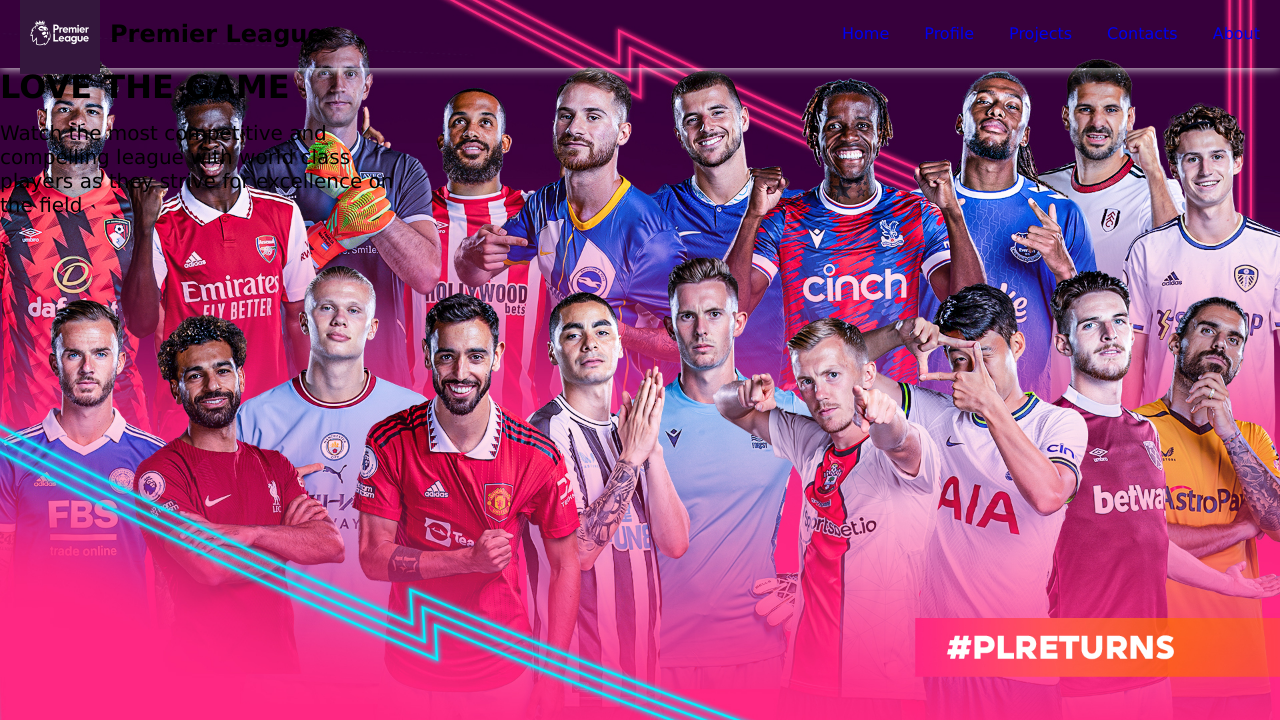
Repository: ogaziesam/simple-landing-page
Page: index.html
The author's editor kept a copy of each file at every save. The page is drawn from the files as they stood at one save, then again after a run of saves.
The browser window is 1280 px wide. The pictures show the whole page.

Above is the page before, as saved 2023-08-12 08:16:42.

### index.html
<!DOCTYPE html>
<html lang="en">
<head>
    <meta charset="UTF-8">
    <meta name="viewport" content="width=device-width, initial-scale=1.0">
    <title>Landing Page</title>
    <link rel="stylesheet" href="/resources/css/style.css"/>
</head>
<body>
    <nav>
        <div class="heading">
            <img src="/resources/images/premier-league-logo-64B77E2F2E-seeklogo.com.png"
            alt="Logo Image"/>
            <h2 class ="nav_heading">Premier League</h2>
        </div>
        <ul>
            <li><a href="Home">Home</a></li>
            <li><a href="Profile">Profile</a></li>
            <li><a href="Projects">Projects</a></li>
            <li><a href="Contacts">Contacts</a></li>
            <li><a href="About">About</a></li>
        </ul>
    </nav>
    <main>
        <div class="content">
            <h1>LOVE THE GAME</h1>
            <p class="description">
                Watch the most competitive and compelling league with world class players as they strive for excellence on the field
            </p>
        </div>
    </main>

</body>
</html>

### resources/css/style.css
* {
    padding: 0;
    margin: 0;
    font-family: Verdana, Geneva, Tahoma, sans-serif;
}

.logo {
    width:80px;
    height: 80px;
}

body {
    background-image: url(/resources/images/321105434_883868013027395_2576485099436938498_n.jpg);
    background-size: cover;
    background-repeat: no-repeat;
}

nav {
    display:flex;
    align-items: center;
    justify-content: space-between;
    padding: 5px 20px;
    height: 8vh;
    box-shadow: 0 0 10px white;
}

.heading {
    display: flex;
    align-items: center;
    gap: 10px;
}

ul {
    display: flex;
    align-items: center;
    gap: 35px;
}

li {
    list-style: none;
}

a {
    text-decoration: none;
    font-weight: 500;
}

a:hover {
    text-decoration: underline;
}

main {
    display: flex;
    align-items: center;
    justify-content:center:

}

.description {
    max-width: 400px;
    font-size: 20px;
    margin-top: 15px;


}

After the next 4 saves:
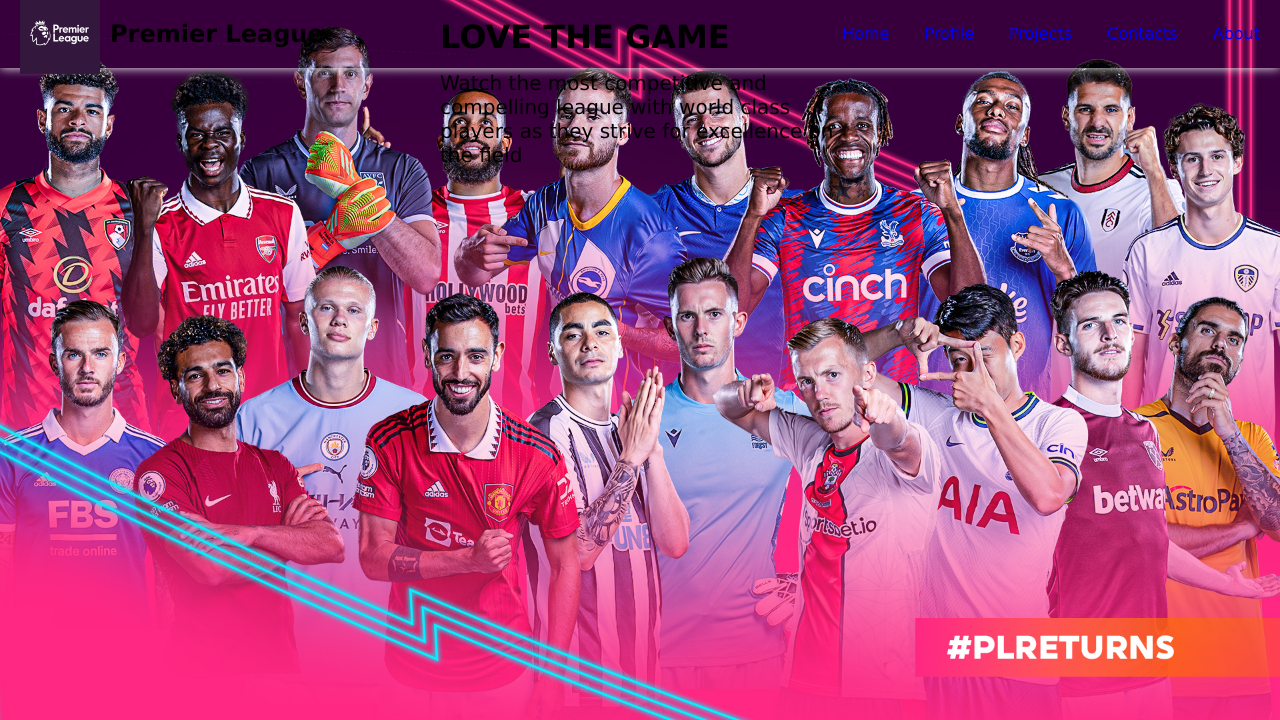
The 4 saves are shown as one change because they came seconds apart.
The last was saved 12 s later.
--- a/resources/css/style.css
+++ b/resources/css/style.css
@@ -52,7 +52,8 @@
 main {
     display: flex;
     align-items: center;
-    justify-content:center:
+    justify-content:center;
+    height: 50px;
 
 }
 
